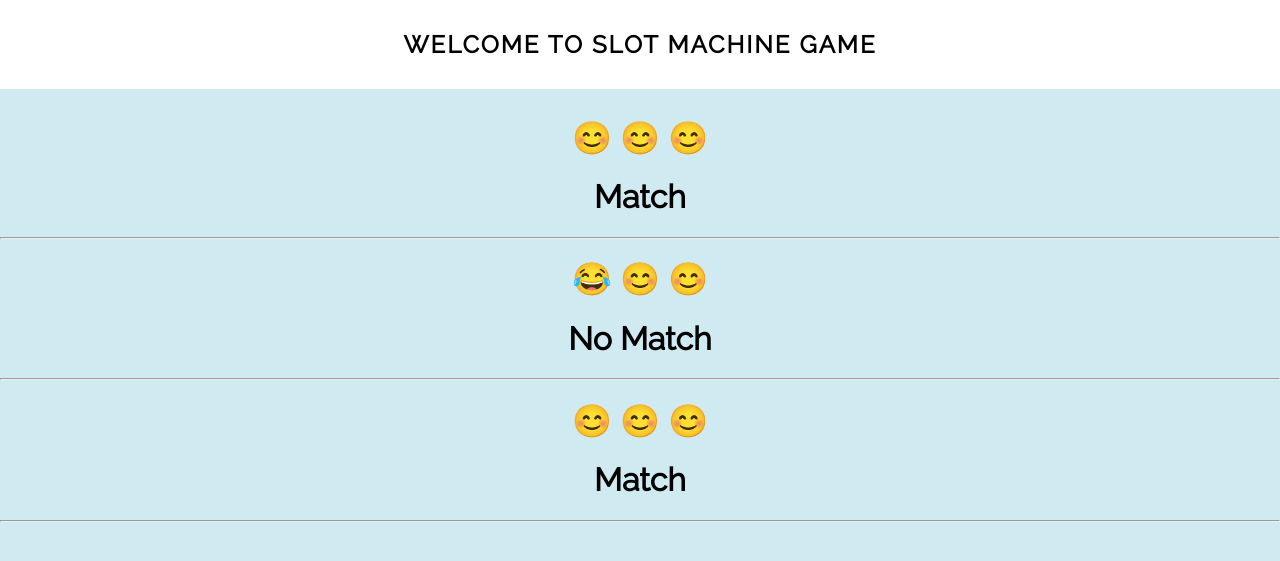
Repository: duggallakshya/slotMachineReact
Page: /
An editor plug-in stored every save of this project. The page is shown before and after a run of saves, followed by the edit.
The browser window is 1280 px wide. The pictures show the whole page.
The project was rebuilt for these pictures with package versions that can differ from the ones it lists, and the page was loaded fresh each time.

Above is the page before, as saved 2022-03-22 22:19:44.

### src/index.js
import React from 'react';
import ReactDOM from 'react-dom';
import './index.css';
import App from './App';

ReactDOM.render(
  <App />,
  document.getElementById('root')
)

### src/index.css
@import url('https://fonts.googleapis.com/css2?family=Raleway&display=swap');
body{
  background-color: rgb(207, 235, 241);
  margin: 0;
  padding: 0;

}

.heading-style{
  padding: 30px 0;
  margin-top: 0px;
  text-align: center;
  font-family:'Raleway', sans-serif;
  text-transform: uppercase;
  font-size: 13px;
  letter-spacing: 2px;
  font-weight: 500;
  background-color: #fff;
  font-size: 1.5rem;
  margin-bottom: 30px;
  font-weight: bold;
}

.slot-inner{
  text-align: center;
  font-family: 'Raleway', sans-serif ;
}

### src/App.jsx
import React from 'react';

const SlotMachine = (props) => {

    let x = props.x;
    let y = props.y;
    let z = props.z;

    if(props.x===props.y && props.y==props.z){
        return (
            <>
                <div className="slot-inner">

                    <h1> {props.x} {props.y} {props.z} </h1>
                    <h1> Match </h1>
                    <hr/>

                </div>
            </>
        )
    }
    else{
        return (
            <>
                <div className="slot-inner">

                    <h1> {props.x} {props.y} {props.z} </h1>
                    <h1> No Match </h1>
                    <hr/>

                </div>
            </>
        )
    }
}

const App = () => {
    return(
        <>
            <h1 className="heading-style"> Welcome to Slot machine game </h1>
            <div>
                <SlotMachine x ='😊' y ='😊' z ='😊'/>
                <SlotMachine x ='😂' y ='😊' z ='😊'/>
                <SlotMachine x ='😊' y ='😊' z ='😊'/>
            </div>
        </>
    )
}

export default App;

Loaded but not shown: public/index.html (common file)

After the next 2 saves:
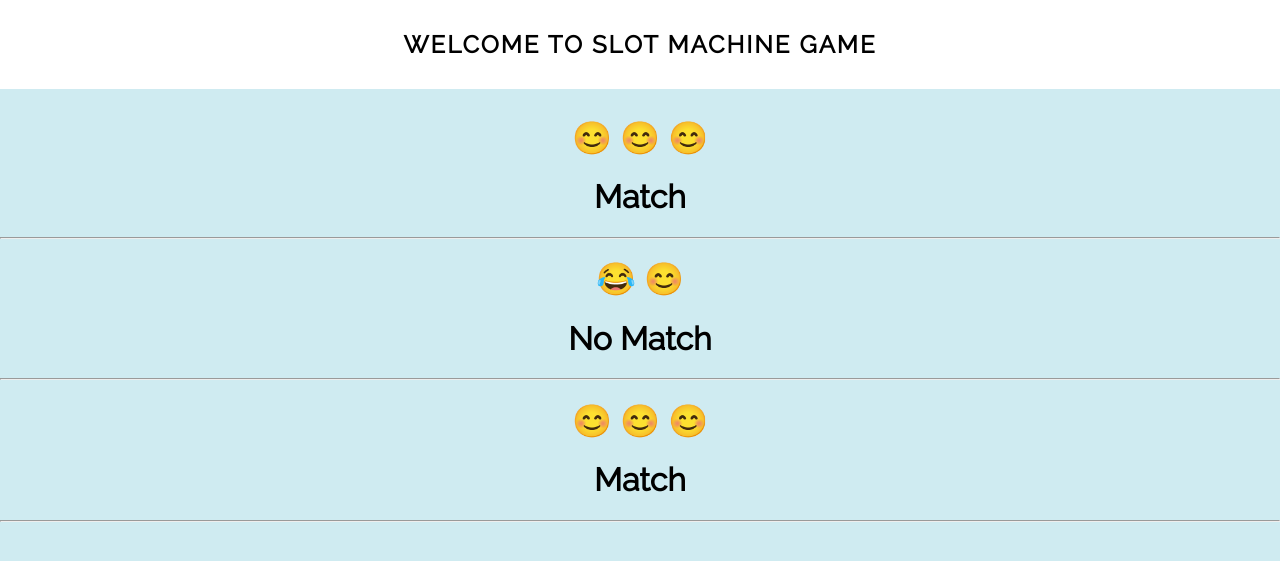
The 2 saves are shown as one change because they came seconds apart.
The last was saved 9 s later.
--- a/src/App.jsx
+++ b/src/App.jsx
@@ -40,7 +40,7 @@ const App = () => {
             <h1 className="heading-style"> Welcome to Slot machine game </h1>
             <div>
                 <SlotMachine x ='😊' y ='😊' z ='😊'/>
-                <SlotMachine x ='😂' y ='😊' z ='😊'/>
+                <SlotMachine x ='' y ='😂' z ='😊'/>
                 <SlotMachine x ='😊' y ='😊' z ='😊'/>
             </div>
         </>
